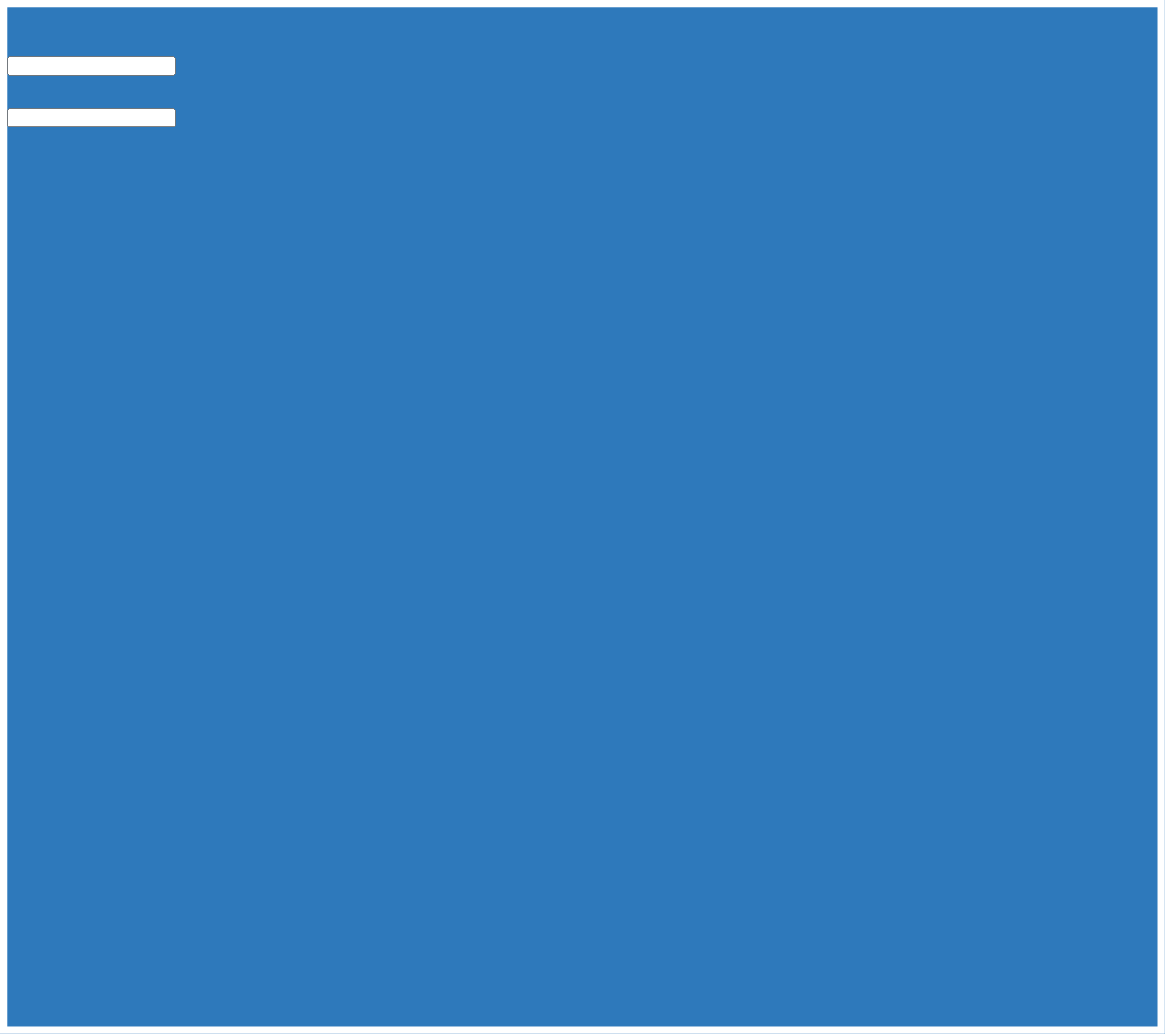
Repository: rkrukshan/Glass_Login_CSS
Page: loginform.html
An editor plug-in stored every save of this project. The page is shown before and after the next save, followed by the edit.
The browser window is 1280 px wide. The pictures show the whole page, at 91% of full size.

Above is the page before, as saved 2023-10-02 22:41:00.

After the next save:
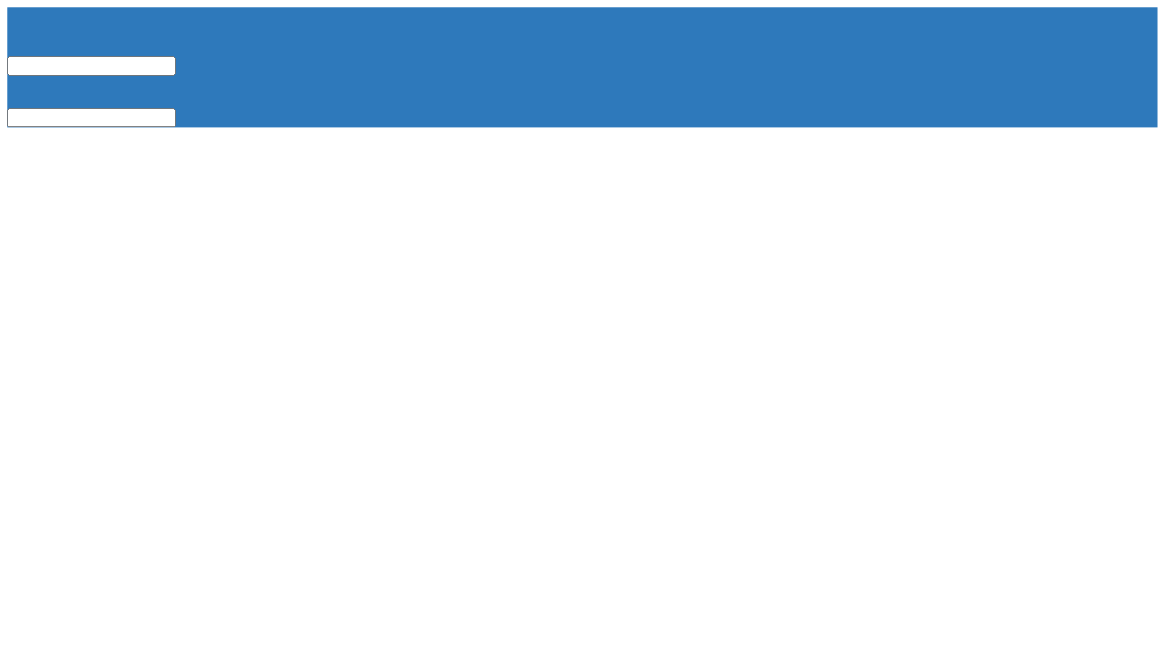
Saved 7 s later.
--- a/loginform.html
+++ b/loginform.html
@@ -7,7 +7,7 @@
         {
             background-color: rgb(46, 121, 187);
             width: 41;
-            height: 70rem;
+            height: 15;
 
         }
     </style>
